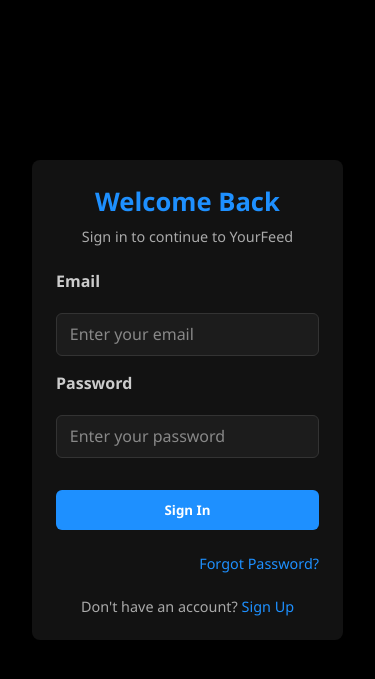
Repository: rizwanahmed2022/YourFees-BlogingApp
Page: login.html
An editor plug-in stored every save of this project. The page is shown before and after the next save, followed by the edit.
The browser window is 375 px wide. The pictures show the whole page.

Above is the page before, as saved 2025-11-09 21:31:32.

### login.html
<!DOCTYPE html>
<html lang="en">
<head>
  <meta charset="UTF-8">
  <meta name="viewport" content="width=device-width, initial-scale=1.0">
  <title>Login | YourFeed</title>
  <link rel="stylesheet" href="styles/login.css">
</head>
<body>

  <div class="login-container">
    <div class="login-card">
      <h1 class="login-title">Welcome Back</h1>
      <p class="login-subtitle">Sign in to continue to YourFeed</p>

      <form class="login-form">
        <label for="email">Email</label>
        <input type="email" id="email" placeholder="Enter your email" required>

        <label for="password">Password</label>
        <input type="password" id="password" placeholder="Enter your password" required>

        <button type="submit" class="btn sign-in">Sign In</button>

        <p class="forgot-password"><a href="#">Forgot Password?</a></p>
      </form>

      <p class="signup-text">Don't have an account? <a href="#">Sign Up</a></p>
    </div>
  </div>

</body>
</html>

### styles/login.css
:root {
  --color-primary: #1e90ff;
  --color-bg: #000000;        /* page background */
  --color-card-bg: #121212;   /* card background */
  --color-text: #f0f0f0;
  --color-input-bg: #1c1c1c;
  --color-shadow: rgba(0, 0, 0, 0.7);
  --color-primary-hover: #0066cc;
}

* {
  margin: 0;
  padding: 0;
  box-sizing: border-box;
  font-family: "Segoe UI", Tahoma, Geneva, Verdana, sans-serif;
}

body {
  background-color: var(--color-bg);
  color: var(--color-text);
  display: flex;
  justify-content: center;
  align-items: center;
  min-height: 100vh;
}

.login-container {
  width: 100%;
  max-width: 450px;
  padding: 1rem;
}

.login-card {
  background-color: var(--color-card-bg);
  padding: 2rem;
  border-radius: 12px;
  box-shadow: 0 6px 20px var(--color-shadow);
  text-align: center;
}

.login-title {
  font-size: 2rem;
  color: var(--color-primary);
  margin-bottom: 0.5rem;
}

.login-subtitle {
  font-size: 1rem;
  color: #aaa;
  margin-bottom: 1.5rem;
}

.login-form {
  display: flex;
  flex-direction: column;
  gap: 1rem;
  text-align: left;
}

.login-form label {
  font-weight: 600;
  margin-bottom: 0.3rem;
  color: #ccc;
}

.login-form input {
  padding: 0.6rem 0.8rem;
  border-radius: 6px;
  border: 1px solid #333;
  background-color: var(--color-input-bg);
  color: var(--color-text);
  font-size: 1rem;
}

.login-form input::placeholder {
  color: #888;
}

.login-form input:focus {
  outline: none;
  border-color: var(--color-primary);
  box-shadow: 0 0 5px rgba(30, 144, 255, 0.5);
}

.btn.sign-in {
  margin-top: 1rem;
  background-color: var(--color-primary);
  color: white;
  border: none;
  padding: 0.7rem;
  border-radius: 6px;
  cursor: pointer;
  font-weight: 600;
  transition: background-color 0.2s;
}

.btn.sign-in:hover {
  background-color: var(--color-primary-hover);
}

.forgot-password {
  font-size: 0.9rem;
  text-align: right;
  margin-top: 0.5rem;
}

.forgot-password a {
  color: var(--color-primary);
  text-decoration: none;
}

.forgot-password a:hover {
  text-decoration: underline;
}

.signup-text {
  margin-top: 1.5rem;
  font-size: 0.9rem;
  color: #aaa;
}

.signup-text a {
  color: var(--color-primary);
  text-decoration: none;
}

.signup-text a:hover {
  text-decoration: underline;
}

/* ======================
   Responsive for mobile
====================== */
@media (max-width: 500px) {
  body {
    padding: 1rem;
  }

  .login-card {
    padding: 1.5rem;
    border-radius: 8px;
  }

  .login-title {
    font-size: 1.6rem;
  }

  .login-subtitle {
    font-size: 0.9rem;
  }
}

After the next save:
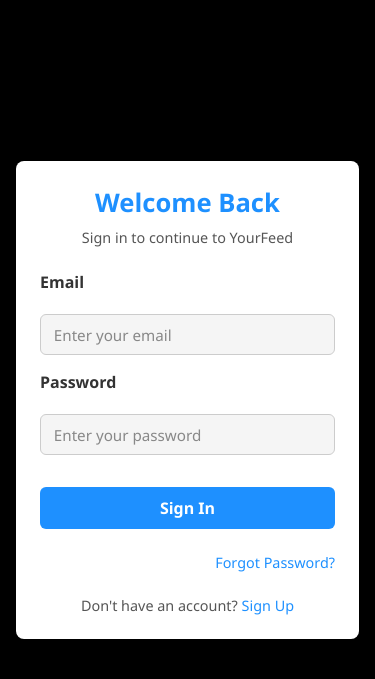
Saved 87 s later.
--- a/styles/login.css
+++ b/styles/login.css
@@ -1,10 +1,10 @@
 :root {
   --color-primary: #1e90ff;
   --color-bg: #000000;        /* page background */
-  --color-card-bg: #121212;   /* card background */
-  --color-text: #f0f0f0;
-  --color-input-bg: #1c1c1c;
-  --color-shadow: rgba(0, 0, 0, 0.7);
+  --color-card-bg: #ffffff;   /* card background is white */
+  --color-text: #000000;      /* text dark for white card */
+  --color-input-bg: #f5f5f5;
+  --color-shadow: rgba(0, 0, 0, 0.4);
   --color-primary-hover: #0066cc;
 }
 
@@ -26,15 +26,18 @@ body {
 
 .login-container {
   width: 100%;
-  max-width: 450px;
   padding: 1rem;
+  display: flex;
+  justify-content: center;
 }
 
 .login-card {
   background-color: var(--color-card-bg);
-  padding: 2rem;
+  padding: 2rem 3rem;
   border-radius: 12px;
   box-shadow: 0 6px 20px var(--color-shadow);
+  width: 100%;
+  max-width: 900px;  /* long width on desktop */
   text-align: center;
 }
 
@@ -46,7 +49,7 @@ body {
 
 .login-subtitle {
   font-size: 1rem;
-  color: #aaa;
+  color: #555;
   margin-bottom: 1.5rem;
 }
 
@@ -60,15 +63,15 @@ body {
 .login-form label {
   font-weight: 600;
   margin-bottom: 0.3rem;
-  color: #ccc;
+  color: #333;
 }
 
 .login-form input {
   padding: 0.6rem 0.8rem;
   border-radius: 6px;
-  border: 1px solid #333;
+  border: 1px solid #ccc;
   background-color: var(--color-input-bg);
-  color: var(--color-text);
+  color: #000;
   font-size: 1rem;
 }
 
@@ -116,7 +119,7 @@ body {
 .signup-text {
   margin-top: 1.5rem;
   font-size: 0.9rem;
-  color: #aaa;
+  color: #555;
 }
 
 .signup-text a {
@@ -131,14 +134,11 @@ body {
 /* ======================
    Responsive for mobile
 ====================== */
-@media (max-width: 500px) {
-  body {
-    padding: 1rem;
-  }
-
+@media (max-width: 600px) {
   .login-card {
-    padding: 1.5rem;
+    padding: 1.5rem 1.5rem;
     border-radius: 8px;
+    max-width: 100%;
   }
 
   .login-title {
@@ -148,4 +148,13 @@ body {
   .login-subtitle {
     font-size: 0.9rem;
   }
+
+  .login-form input {
+    font-size: 0.95rem;
+  }
+
+  .btn.sign-in {
+    font-size: 1rem;
+    padding: 0.6rem;
+  }
 }
